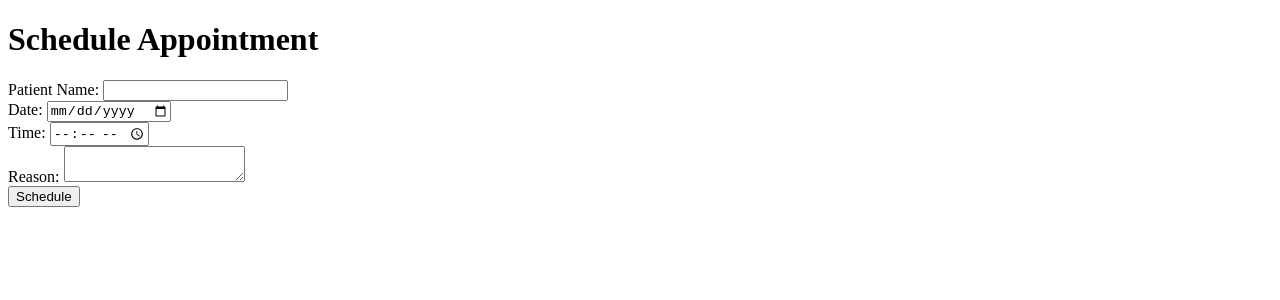
Repository: jaytriggz/Hospital-Management-System
Page: schedule_appointment.html
An editor plug-in stored every save of this project. The page is shown before and after the next save, followed by the edit.
The browser window is 1280 px wide. The pictures show the whole page.

Above is the page before, as saved 2024-07-06 10:18:08.

After the next save:
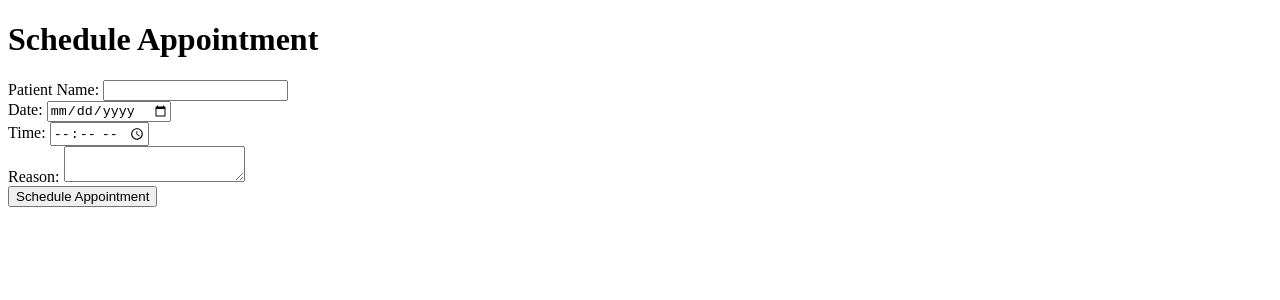
Saved 5 min 44 s later.
--- a/schedule_appointment.html
+++ b/schedule_appointment.html
@@ -19,7 +19,7 @@
         <label for="reason">Reason:</label>
         <textarea id="reason" name="reason" required></textarea><br>
 
-        <button type="submit">Schedule</button>
+        <button type="submit">Schedule Appointment</button>
     </form>
 
     <script>
